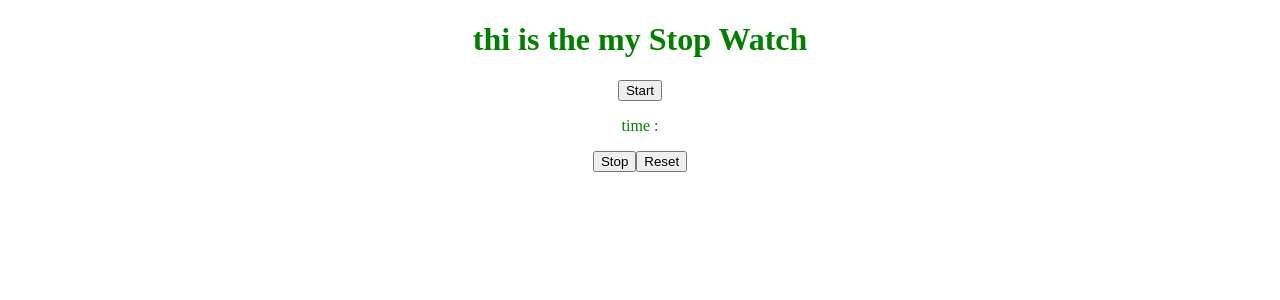
Repository: Gauravyadav678/GcounterApp
Page: / (app in gcounter/)
The author's editor kept a copy of each file at every save. The page is drawn from the files as they stood at one save, then again after the next save.
The browser window is 1280 px wide. The pictures show the whole page.
The project was rebuilt for these pictures with package versions that can differ from the ones it lists, and the page was loaded fresh each time. Also part of the build but not shown: gcounter/src/index.css, gcounter/src/components/typing.js, gcounter/src/counter.js.

Above is the page before, as saved 2024-10-23 16:06:09.

### gcounter/public/index.html
<!DOCTYPE html>
<html lang="en">
  <head>
    <meta charset="utf-8" />

    <meta name="viewport" content="width=device-width, initial-scale=1" />
    <meta name="theme-color" content="#000000" />


  </head>
  <body>

    <div id="root"></div>
  </body>
</html>

### gcounter/src/App.js

import './App.css';
import StopWatch from './components/stopWatch';
import TypingWithG from './components/typing';
import CounterApp from './counter';


function App() {
  return (
    <div className="App">
      <>
      {/* <h1>This is the counter App</h1> */}
      {/* <CounterApp/>
      <TypingWithG/> */}
      <StopWatch/>
      </>
    </div>
  );
}

export default App;

### gcounter/src/App.css
.App{
  text-align: center;
  color: green;
}

### gcounter/src/components/stopWatch.js
import React ,{useState , useEffect} from "react";

function StopWatch(){
    return(
        <>
        <h1>
         thi is the my Stop Watch
        </h1>
        <button>Start</button>
        <p>time : </p>
        <button>Stop</button>
        <button>Reset </button>
        </>
    )
}

export default StopWatch;

Loaded but not shown: gcounter/src/index.js (common file); gcounter/src/reportWebVitals.js (common file)

After the next save:
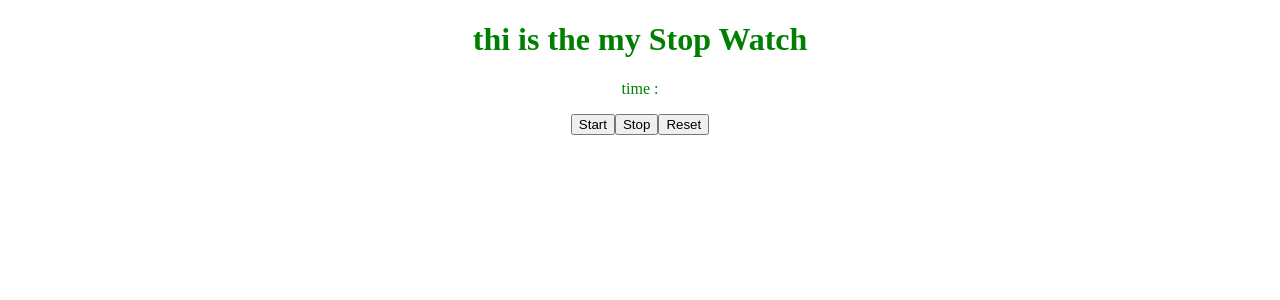
Saved 9 s later.
--- a/gcounter/src/components/stopWatch.js
+++ b/gcounter/src/components/stopWatch.js
@@ -6,8 +6,9 @@ function StopWatch(){
         <h1>
          thi is the my Stop Watch
         </h1>
+
+        <p>time : </p>
         <button>Start</button>
-        <p>time : </p>
         <button>Stop</button>
         <button>Reset </button>
         </>
